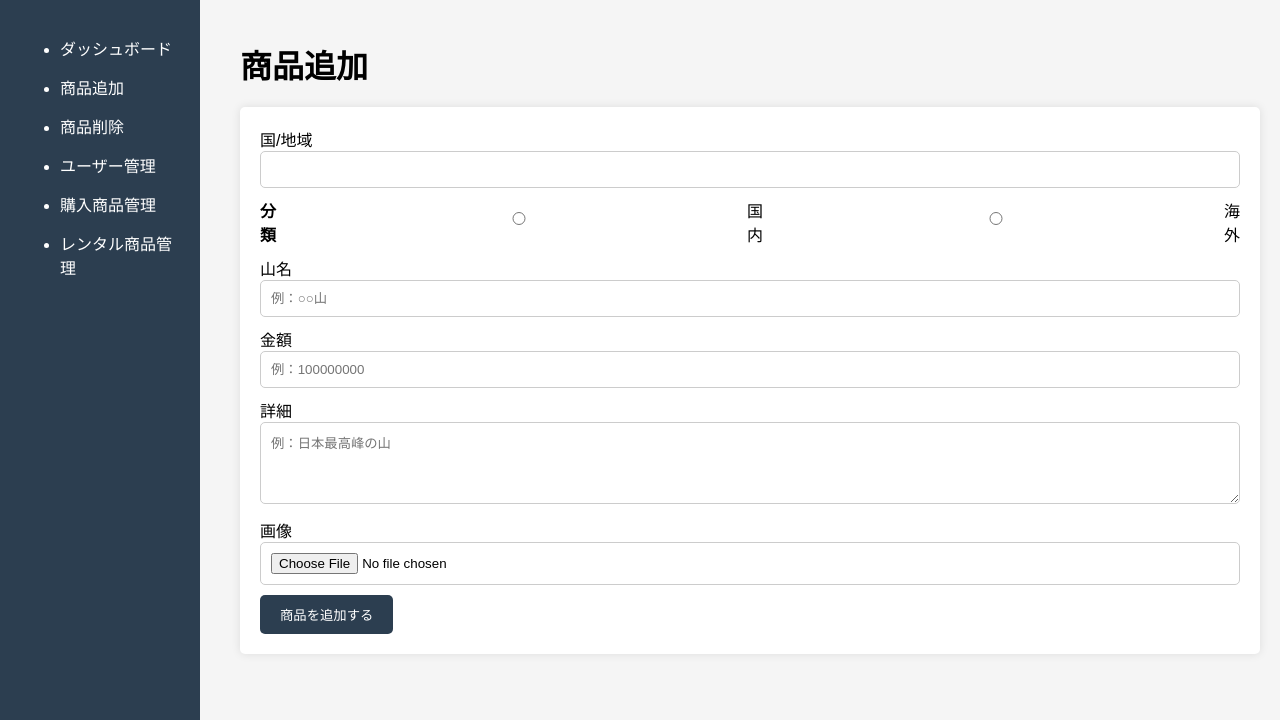
Repository: magome112/Oasis2024920
Page: http://localhost/_12_kanri.shohin.php
These files come from the project's save history. The page is drawn as it stood at one moment and after the next save; the edit follows.
The browser window is 1280 px wide. The pictures show the whole page.
The page is run by PHP 8.4 with error messages shown; the project is at /var/www/html/.

Above is the page before, as saved 2024-12-06 11:52:47.

After the next save:
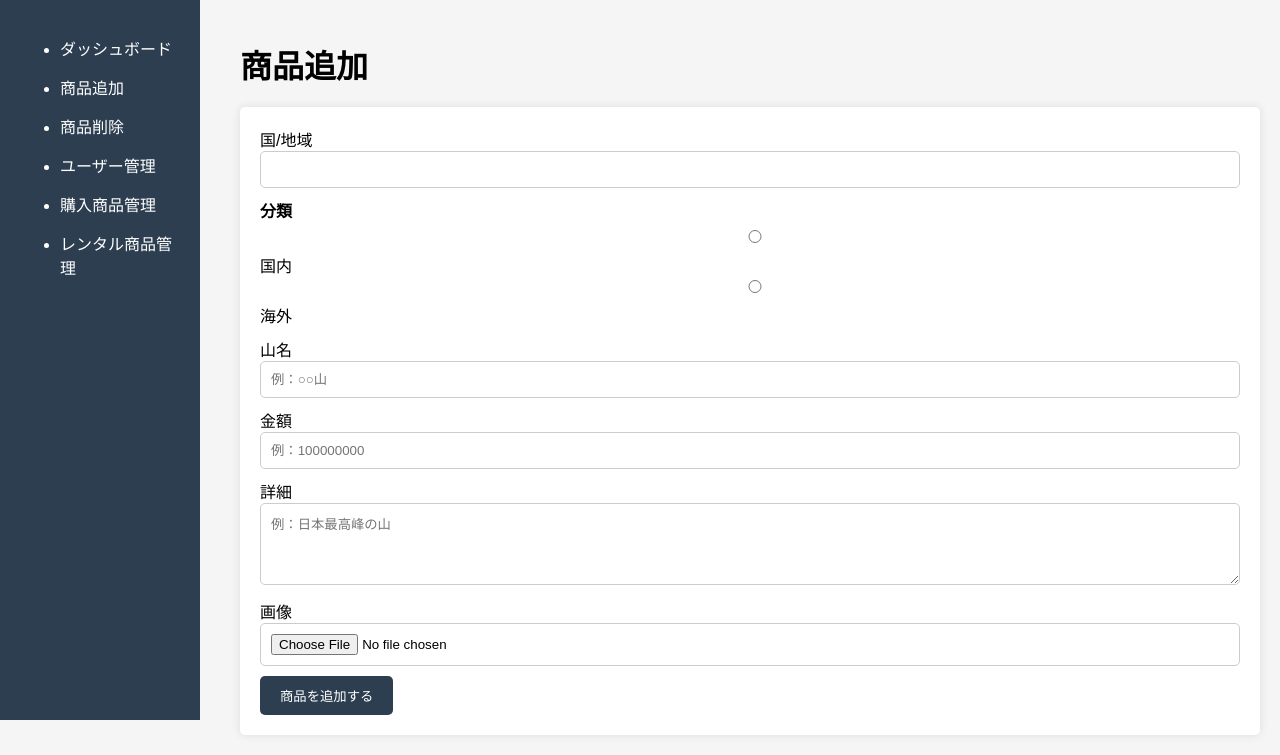
Saved 2 min 30 s later.
--- a/_12_kanri.shohin.php
+++ b/_12_kanri.shohin.php
@@ -100,20 +100,21 @@
             border-radius: 5px;
             box-sizing: border-box;
         }
-        /* ラジオボタン用のスタイル */
         .radio-group {
-            display: flex;
-            align-items: center;
-            margin-bottom: 10px;
-        }
-        .radio-group label {
-            margin-right: 10px; /* 「分類」ラベルの余白 */
-            font-weight: bold; /* 見やすくするために太字 */
-        }
-        .radio-group input[type="radio"] {
-            margin-left: 10px; /* ボタンとテキストの間のスペース */
-            margin-right: 5px; /* 国内/海外テキストとボタン間のスペース */
-        }
+    display: block; /* ブロック表示で他のフォーム要素と統一 */
+    margin-bottom: 10px; /* 他のフィールドとの間隔を統一 */
+}
+
+.radio-group label {
+    display: block; /* ラベルを上部に配置 */
+    margin-bottom: 5px; /* ラベルとラジオボタン間の余白 */
+    font-weight: bold; /* 太字でラベルを強調 */
+}
+
+.radio-group input[type="radio"] {
+    margin-right: 5px; /* ラジオボタンとテキスト間の間隔 */
+}
+
         button {
             background-color: #2c3e50;
             color: #fff;

After the save that followed:
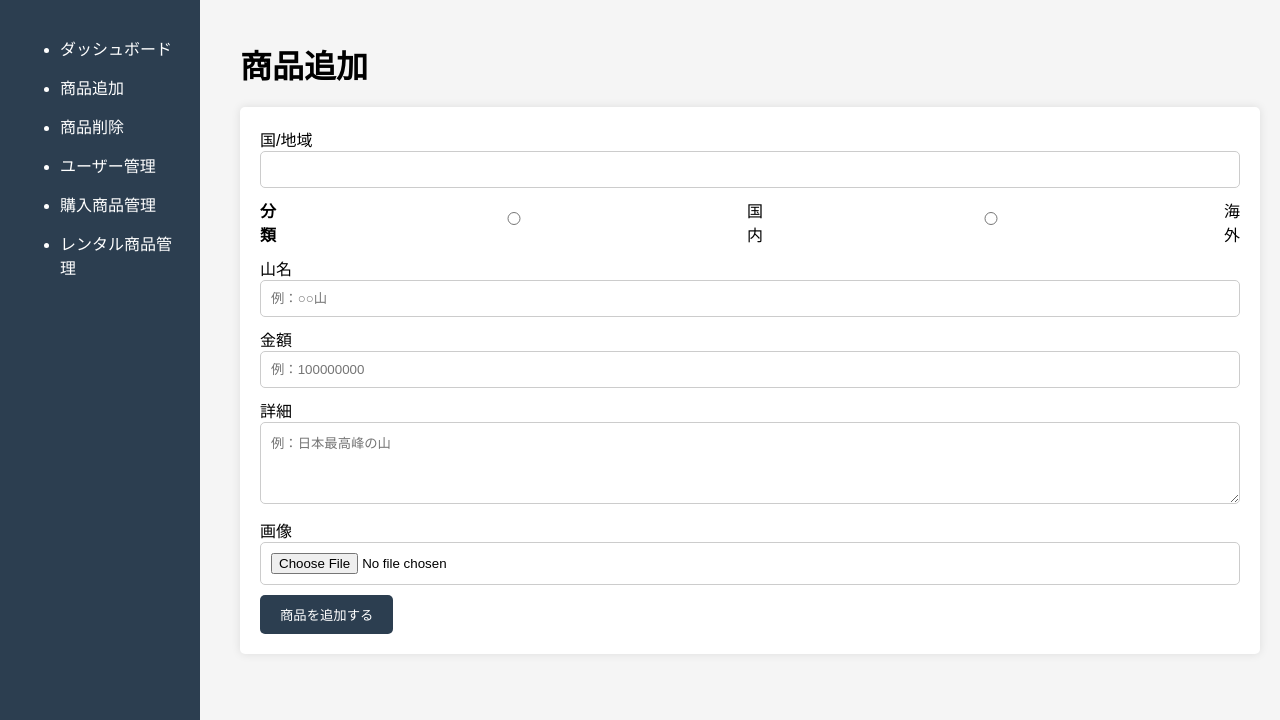
Saved 68 s later.
--- a/_12_kanri.shohin.php
+++ b/_12_kanri.shohin.php
@@ -101,18 +101,19 @@
             box-sizing: border-box;
         }
         .radio-group {
-    display: block; /* ブロック表示で他のフォーム要素と統一 */
-    margin-bottom: 10px; /* 他のフィールドとの間隔を統一 */
+    display: flex;
+    align-items: center;
+    margin-bottom: 10px;
 }
 
 .radio-group label {
-    display: block; /* ラベルを上部に配置 */
-    margin-bottom: 5px; /* ラベルとラジオボタン間の余白 */
-    font-weight: bold; /* 太字でラベルを強調 */
+    margin-right: 10px; /* ラベルと最初のラジオボタン間の余白 */
+    font-weight: bold; /* 見やすくするために太字 */
 }
 
 .radio-group input[type="radio"] {
-    margin-right: 5px; /* ラジオボタンとテキスト間の間隔 */
+    margin-right: 5px; /* ラジオボタンと文字間の余白 */
+    margin-left: 0; /* 左側の不要な余白をゼロに設定 */
 }
 
         button {
